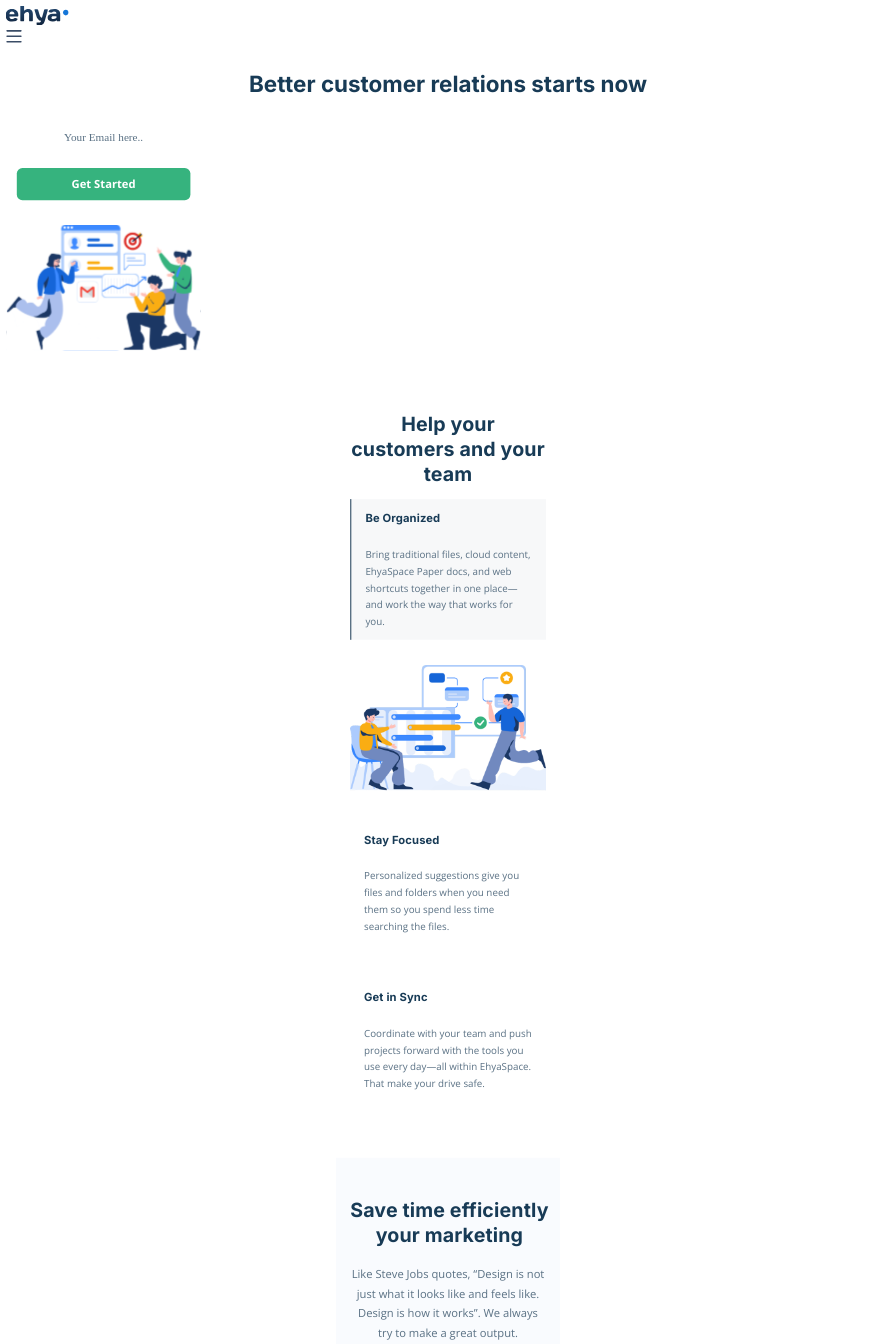
Repository: umlaufissss/provaFront
Page: HTML/index.html
These files come from the project's save history. The page is drawn as it stood at one moment and after the next save; the edit follows.
The browser window is 1280 px wide. The pictures show the part of the page from y = 0 to 1920 px (the page is 3531 px tall), at 70% of full size.
Some web fonts or font styles are not loaded; a fallback is used.

Above is the page before, as saved 2026-06-22 19:31:55.

### HTML/index.html
<!DOCTYPE html>
<html lang="pt-br">
<head>
    <meta charset="UTF-8">
    <meta name="viewport" content="width=device-width, initial-scale=1.0">
    <link rel="stylesheet" href="../CSS/style.css">
    <link href="https://fonts.googleapis.com/css2?family=Inter:ital,opsz,wght@0,14..32,100..900;1,14..32,100..900&family=Montserrat:ital,wght@0,100..900;1,100..900&family=Paytone+One&display=swap" rel="stylesheet">
    <link href="https://fonts.googleapis.com/css2?family=Inter:ital,opsz,wght@0,14..32,100..900;1,14..32,100..900&family=Montserrat:ital,wght@0,100..900;1,100..900&family=Open+Sans:ital,wght@0,300..800;1,300..800&family=Paytone+One&display=swap" rel="stylesheet">

    <title>Prova de Recuperação Front End</title>
</head>
<body>

    <header class="mainGrid">
        <section class="generalCard">

            <section class="topCima">

                <!-- logo -->
                <div class="sonnImg">
                    <img src="/assets/icons/Logo.svg" alt="logo">
                </div>

                <div class="menu">
                    <img src="/assets/icons/ic_Menu (1).svg" alt="menu">
                </div>

            </section>

            <section class="meio">
                <div class="phrase">
                        <h1>Better customer relations starts now<h1>
                </div>

                <div class="card">

                    <p>Your Email here..<p>

                    <button type="button" class="button-submit">Get Started</button>

                </div>

                <div class="imagemTop">
                    <img src="/assets/img/Customer Development.svg" alt="imagemInicio">
                </div>

            </section>




        </section>
    </header>


    <main class="masterBoard">

        <section class="hero" id="teamSuggestions">

            <!-- Aqui a linha não é quebrada como proposto no Figma,
             mas seus valores de width e height são idênticos no CSS
             VEJA: "#teamSuggestions h2" em style.css-->
            <h2>Help your customers and your team</h2>

            <article class="cardSuggestions" id="beOrganized">
                <h3>
                    Be Organized
                </h3>
                <p>
                    Bring traditional files, cloud content,
                    EhyaSpace Paper docs, and web
                    shortcuts together in one
                    place—and work the way that works
                    for you.
                </p>
            </article>

            <img src="../assets/img/Organize Operations.png" alt="Organize Operations with Your Team">

            <article class="cardSuggestions">
                <h3>
                    Stay Focused
                </h3>
                <p>
                    Personalized suggestions give you
                    files and folders when you need
                    them so you spend less time
                    searching the files.
                </p>
            </article>

            <article class="cardSuggestions">
                <h3>Get in Sync</h3>
                <p>
                    Coordinate with your team and push
                    projects forward with the tools you
                    use every day—all within EhyaSpace.
                    That make your drive safe.
                </p>
            </article>
        </section>

    </main>

        <section class="second" id="saveTime">

            <h2>
                Save time efficiently your marketing
            </h2>

            <p>
                Like Steve Jobs quotes, “Design is not
                just what it looks like and feels like.
                Design is how it works”. We always
                try to make a great output.
            </p>

            <a class="btnLearn" href="/">
                <button type="button" aria-label="Click here to learn more">
                    Learn More <img src="../assets/icons/arrow.png">
                </button>
            </a>

            <img class="woman" src="../assets/img/Woman Falling.png" alt="Woman learning marketing">

            <img class="line" id="dotted" src="../assets/img/Line.png">

            <article class="quoteAndries">

                <!-- Aqui a linha não é quebrada como proposto no Figma,
                 mas seus valores de width e height são idênticos no CSS
                 VEJA: "#saveTime .quoteAndries p" em style.css-->
                <p>
                    “In-context messaging lets us form 1:1
                    connections  with our users
                    more efficient.
                </p>

                <h3>Andries Grootoonk</h3>
                <h4>VP Quality Assurance</h4>

                <img src="../assets/img/LogoUnionBank.png" alt="Logo of Union Bank">
            </article>
        </section>

        <section class="third" id="support">
            <h2>We try to give all for our member</h2>
            <p>
                The customer journey differs for
                everybody—whether you use them
                together or on their own, our
                products are flexible enough to pave
                 the path that’s best for you.
            </p>

            <h3>The Support Site</h3>

            <a class="btnSupport" href="/">
                <button type="button" aria-label="Click here to have the full service experience">
                    The full service experience <img src="../assets/icons/whiteArrow.png" alt="White Arrow">
                </button>
            </a>


        </section>

        <footer class="baseboard">
            <section class="principalBaseboard">
                <div class="cardFooter">
                    <h4>Product</h4>
                    <ul>
                        <li><a href="/">Landingpage</a></li>
                        <li><a href="/">Features</a></li>
                        <li><a href="/">Documentation</a></li>
                        <li><a href="/">Referral Program</a></li>
                        <li><a href="/">Pricing</a></li>
                    </ul>
                </div>

                <div class="cardFooter">
                    <h4>Services</h4>
                    <ul>
                        <li><a href="/">Documentation</a></li>
                        <li><a href="/">Design</a></li>
                        <li><a href="/">Themes</a></li>
                        <li><a href="/">Illustrations</a></li>
                        <li><a href="/">UI Kit</a></li>
                    </ul>
                </div>

                <div class="cardFooter">
                    <h4>Company</h4>
                    <ul>
                        <li><a href="/">About</a></li>
                        <li><a href="/">Terms</a></li>
                        <li><a href="/">Privacy Policy</a></li>
                        <li><a href="/">Careers</a></li>
                    </ul>
                </div>

                <div class="cardFooter">
                    <h4>More</h4>
                    <ul>
                        <li><a href="/">Documentation</a></li>
                        <li><a href="/">License</a></li>
                        <li><a href="/">Changelog</a></li>
                    </ul>
                </div>
            </section>

            <section class="bottomBaseboard">

                <div class="mainIcon">
                    <img src="/assets/icons/Logo.svg" alt="Logo 'ehya' do site">
                </div>

                <p>Build a modern and creative website with crealand</p>

                <div class="networkIcons">
                    <article class="icon">
                        <a href="/"><button><img src="/assets/icons/IconG.svg" alt="Ir para página Google"></button></a>
                    </article>

                    <article class="icon">
                        <a href="/"><button><img src="/assets/icons/IconT.svg" alt="Ir para nosso perfil do Twitter"></button></a>
                    </article>

                    <article class="icon">
                        <a href="/"><button><img src="/assets/icons/IconI.svg" alt="Ir para nosso perfil do Instagram"></button></a>
                    </article>

                    <article class="icon">
                        <a href="/"><button><img src="/assets/icons/IconL.svg" alt="Ir para nosso perfil do Linkedin"></button></a>
                    </article>

                    </div>
                </section>
        </footer>
</body>
</html>

### CSS/style.css
:root
{
    --color-white: #FFF;
    --color-vibrant-green: #36B37E;
    --color-bright-gray: #F9FBFE;
    --color-brigther-gray: #F9FBFE;
    --color-navy-blue: #183B56;
    --color-vibrant-dark-blue: #1565D8;
    --color-steel-blue: #5A7184;
    --color-gray: #B3BAC5;
    --color-dotted-line: #9DAAB6;
    --color-light-green: #EBF8F3;

    /*Opacidade*/
    --color-steel-blue-opacity10: rgba(179, 186, 197, 0.1);
}

*
{
    box-sizing: border-box;
}

.mainGrid
{
    margin: 0px;
    color: var(--color-light-green);

}

/* logo*/
.soonImg img{
  display: flex;
  justify-content: space-between;
  align-items: center;
  margin:0px;
}


.meio .phrase h1{
    font-family: "Inter" , sans-serif;
    color: #183B56;
    font-weight: 300 ;

    font-family: Inter;
    font-weight: 700;
    font-size: 32px;
    text-align: center;

}

.card{
    display: grid;
    text-align: center;
    background-color: white;
    color: #5A7184;

    width: 280px;
    height: 132px;
    top: 206px;
    left: 20px;


    border-radius: 8px;
    justify-content: center;
    align-items: center;
}


.card button{
    font-family: Open Sans;
    background-color: #36B37E;
    color: white;

    height: 46px;
    width: 248px;
    border: 0px;
    border-radius: 8px;

    font-weight: 700;
    font-size: 16px;


}

.meio .imagemTop img{
    width: 280px;
    height: 180px;

    margin: 18px 0 18px;

}



.masterBoard
{
    padding: 0 20px;
    background-color: var(--color-white);

    width: 320px;
    justify-self: center;
}

#teamSuggestions
{
    display: flex;
    flex-direction: column;
    justify-self: center;

    padding: 64px 0 56px;
}
#teamSuggestions h2
{
    font-family: "Inter", sans-serif;
    font-weight: 700;
    font-size: 28px;
    line-height: 36px;
    letter-spacing: 0.2px;
    text-align: center;

    color: var(--color-navy-blue);

    margin: 0;

    width: 280px;
    height: 108px;
}

#teamSuggestions .cardSuggestions
{
    width: 280px;
    height: 201px;
    display: flex;
    flex-direction: column;
    justify-content: center;

    margin: 12px 0;
}

#teamSuggestions .cardSuggestions h3
{
    font-family: "Inter",sans-serif;
    font-weight: 700;
    font-size: 16px;
    line-height: 20px;
    letter-spacing: 0.2px;

    color: var(--color-navy-blue);

    margin-left: 20px;
}

#teamSuggestions .cardSuggestions p
{
    font-family: Open Sans;
    font-weight: 400;
    font-size: 14px;
    line-height: 24px;
    letter-spacing: 0px;

    color: var(--color-steel-blue);
    margin-left: 20px;

    width: 240px;
}

#teamSuggestions img
{
    width: 280px;
    height: 180px;

    margin: 18px 0 18px;
}

#teamSuggestions #beOrganized
{

    background-color: var(--color-steel-blue-opacity10);
    border-left: 2px solid var(--color-steel-blue);

    margin: 18px 0;
}

#saveTime
{
    padding: 56px 20px 58px;
    background-color: var(--color-brigther-gray);

    width: 320px;
    display: flex;
    flex-direction: column;
    justify-self: center;
    text-align: center;
}

#saveTime h2
{
    font-family: "Inter", sans-serif;
    font-weight: 700;
    font-size: 28px;
    line-height: 36px;
    letter-spacing: 0.2px;
    text-align: center;

    color: var(--color-navy-blue);

    width: 284px;
    height: 72px;

    margin: 0;
}

#saveTime p
{
    font-family: "Open Sans", sans-serif;
    font-weight: 400;
    font-size: 16px;
    line-height: 28px;
    letter-spacing: 0px;
    text-align: center;

    color: var(--color-steel-blue);

    width: 280px;
    height: 112px;

    margin: 24px 0;
}

#saveTime .btnLearn
{
    display: flex;

    justify-content: center;
    margin-bottom: 34px;

    text-decoration: none;

}

#saveTime .btnLearn button
{
    font-family: "Open Sans", sans-serif;
    font-weight: 700;
    font-size: 16px;
    line-height: 100%;
    letter-spacing: 0px;

    background-color: transparent;
    border: none;
    color: var(--color-vibrant-dark-blue);
}

#saveTime .btnLearn button img
{
    margin-left: x;
}

#saveTime .woman
{
    width: 280px;
    height: 192px;
}

#saveTime #dotted.line
{
    margin: 40px 0 37px;
}

#saveTime .quoteAndries p
{
    font-family: "Open Sans", sans-serif;
    font-weight: 400;
    font-size: 14px;
    line-height: 24px;
    letter-spacing: 0px;
    text-align: center;

    width: 280px;
    height: 72px;

    margin: 0;

    color: var(--color-steel-blue);
}

#saveTime .quoteAndries h3
{
    font-family: "Open Sans", sans-serif;
    font-weight: 600;
    font-size: 16px;
    line-height: 100%;
    letter-spacing: 0px;

    color: var(--color-navy-blue);

    margin: 20px 0 7px;
}

#saveTime .quoteAndries h4
{
    font-family: Open Sans;
    font-weight: 400;
    font-size: 14px;
    line-height: 20px;
    letter-spacing: 0px;
    text-align: center;

    color: var(--color-steel-blue);

    margin: 0 0 20px;
}

#saveTime .quoteAndries img
{
    width: 102.85px;
    height: 34.1px;
}

.cardFooter ul{
    list-style-type: none;
    margin: 15px;
    margin: 0px;
    padding: 0px;

}
.cardFooter a{
    font-family: "Open Sans", sans-serif;
    font-size: 14px;
    color: var(--color-navy-blue);
    text-decoration: none;
}

After the next save:
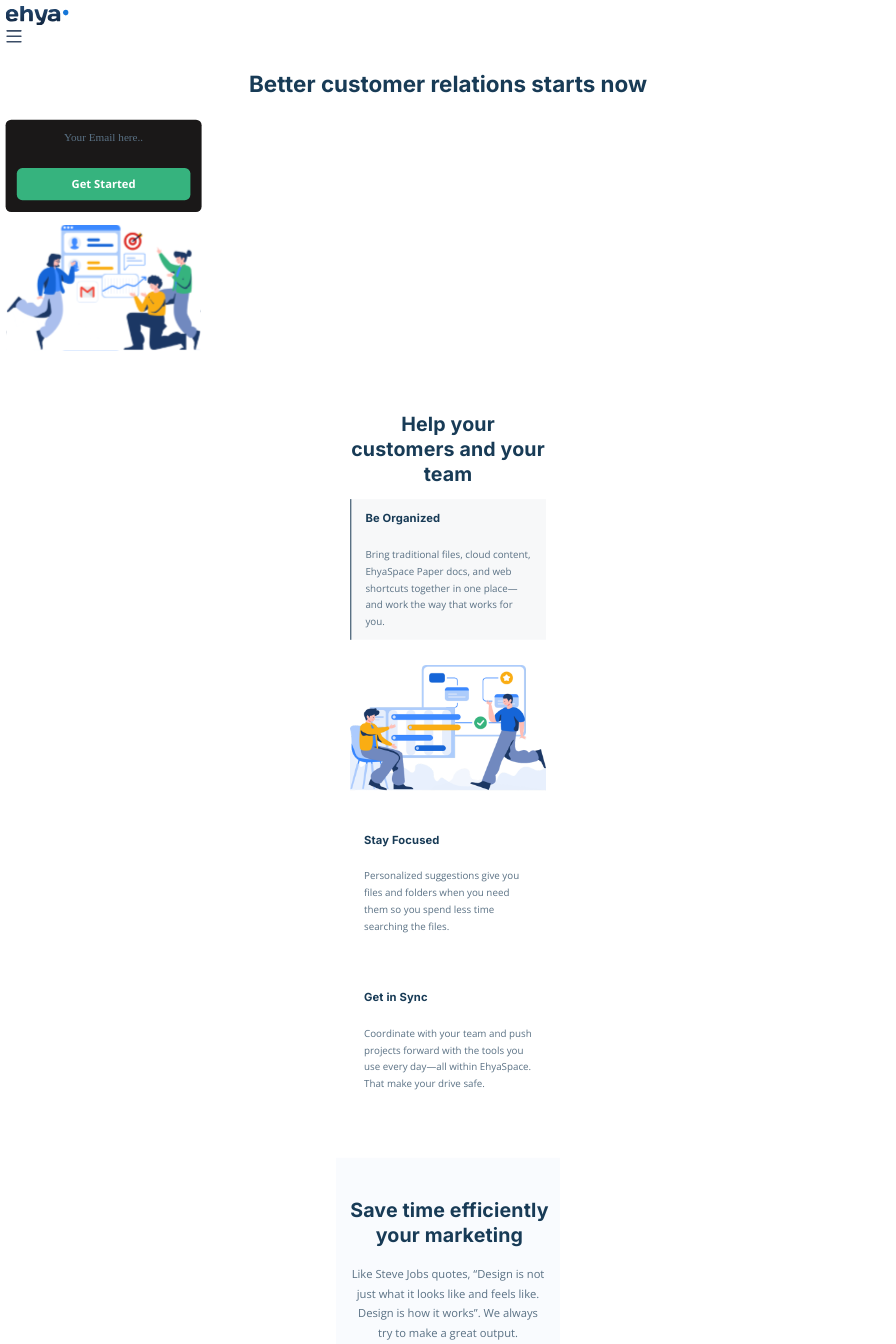
Saved 37 s later.
--- a/CSS/style.css
+++ b/CSS/style.css
@@ -51,7 +51,7 @@
 .card{
     display: grid;
     text-align: center;
-    background-color: white;
+    background-color: rgb(26, 24, 24);
     color: #5A7184;
 
     width: 280px;
